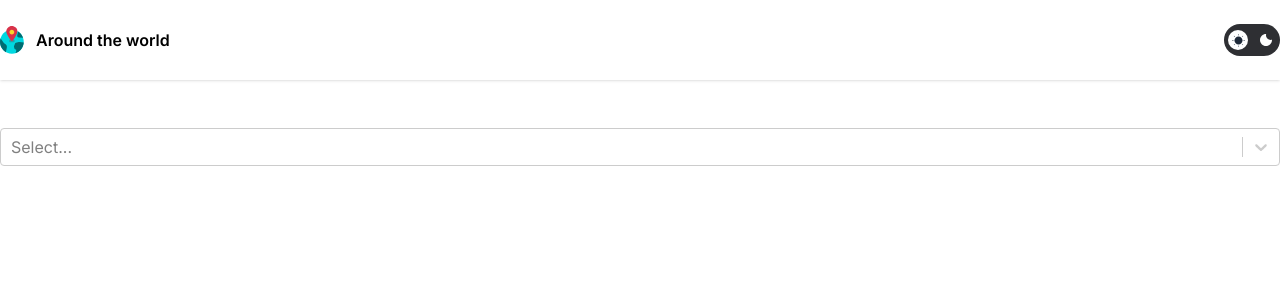
Repository: Baraajad231/Around-the-world
Page: /
These files come from the project's save history. The page is drawn as it stood at one moment and after a run of saves; the edit follows.
The browser window is 1280 px wide. The pictures show the whole page.
The project was rebuilt for these pictures with package versions that can differ from the ones it lists, and the page was loaded fresh each time. Also part of the build but not shown: vite.config.js, src/components/SearchInput.jsx.

Above is the page before, as saved 2026-03-12 22:36:58.

After the next 2 saves:
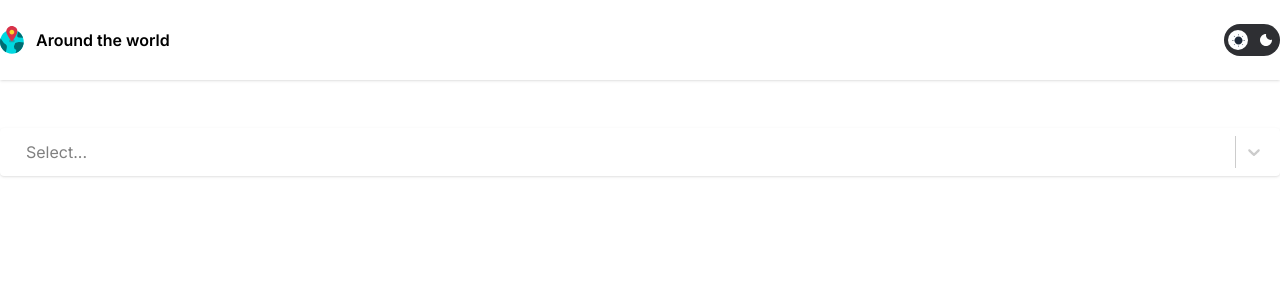
The 2 saves are shown as one change because 1 did not build or start.
The last was saved 2 min 59 s later.
--- a/src/components/RegionMenu.jsx
+++ b/src/components/RegionMenu.jsx
@@ -14,6 +14,8 @@
       classNames={{
         input: () => "dark:!text-gray-100",
         singleValue: () => "dark:text-gray-100",
+        control: () =>
+          "flex h-12 items-center justify-between gap-12 rounded-md !border-none pl-4 pr-2 shadow dark:",
       }}
     />
   );
